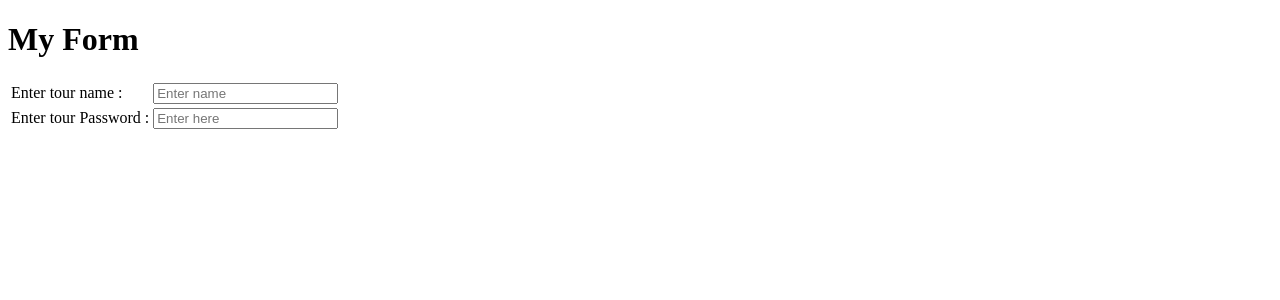
Repository: ShaileshMishr/Javanew
Page: Youtube/src/main/webapp/index.html
An editor plug-in stored every save of this project. The page is shown before and after the next save, followed by the edit.
The browser window is 1280 px wide. The pictures show the whole page.

Above is the page before, as saved 2023-10-10 18:39:09.

### Youtube/src/main/webapp/index.html
<!DOCTYPE html>
<html>
<head>
<meta charset="ISO-8859-1">
<title>Form Page</title>
</head>
<body>
<div class="container">
	<h1>My Form</h1>
	<form action="RegisterServlet" method="post">
		<table>
			<tr>
				<td>Enter tour name :</td>
				<td><input type="text" name="user_name" placeholder="Enter name" /></td>
			</tr>
			<tr>
				<td>Enter tour Password :</td>
				<td><input type="password" name="user_password" placeholder="Enter here" /></td>
			</tr>
		</table>
	</form>

</div>
</body>
</html>

After the next save:
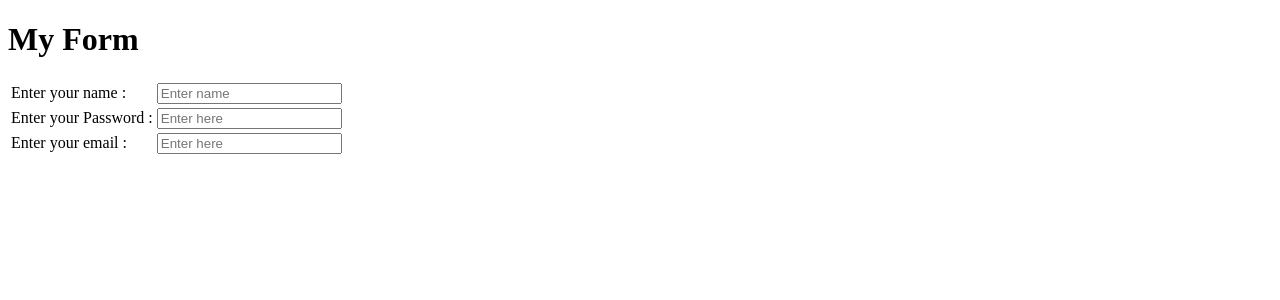
Saved 108 s later.
--- a/Youtube/src/main/webapp/index.html
+++ b/Youtube/src/main/webapp/index.html
@@ -10,12 +10,16 @@
 	<form action="RegisterServlet" method="post">
 		<table>
 			<tr>
-				<td>Enter tour name :</td>
+				<td>Enter your name :</td>
 				<td><input type="text" name="user_name" placeholder="Enter name" /></td>
 			</tr>
 			<tr>
-				<td>Enter tour Password :</td>
+				<td>Enter your Password :</td>
 				<td><input type="password" name="user_password" placeholder="Enter here" /></td>
+			</tr>
+			<tr>
+				<td>Enter your email :</td>
+				<td><input type="email" name="user_email" placeholder="Enter here" /></td>
 			</tr>
 		</table>
 	</form>
